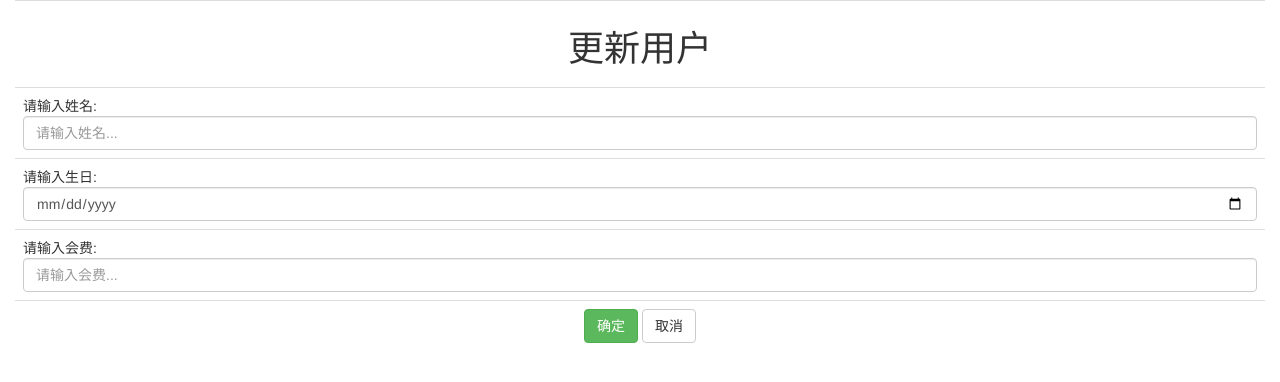
Repository: HelloChuang/HelloChuang-EclipseWorkSpace
Page: http://localhost/JustTest/user_update.jsp
These files come from the project's save history. The page is drawn as it stood at one moment and after the next save; the edit follows.
The browser window is 1280 px wide. The pictures show the whole page.
The page is served by Tomcat 9. Nobody is signed in. The application's start-up code is not run.

Above is the page before, as saved 2018-11-06 14:26:41.

After the next save:
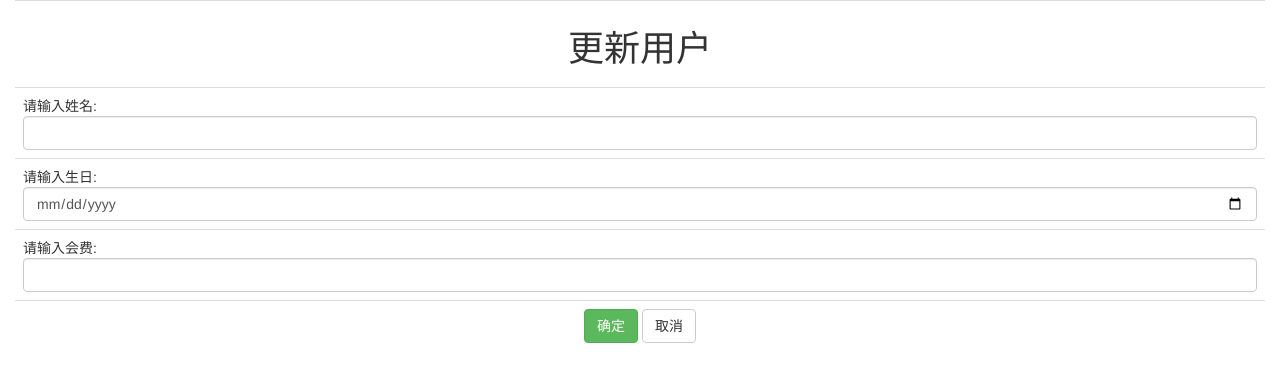
Saved 45 s later.
--- a/EclipseWorkSpace/JustTest/src/main/webapp/user_update.jsp
+++ b/EclipseWorkSpace/JustTest/src/main/webapp/user_update.jsp
@@ -13,16 +13,16 @@
 
 </head>
 <body>
-	<form action="userAdd" method="get" class="col-xs-12">
+	<form action="userUpdete" method="get" class="col-xs-12">
 	<input type="hidden" value="${user.uid}" name="uid"/>
 		<table class="table table-hover">
 		<tr align="center" ><td><h1>更新用户</h1></td></tr>
-				<tr class="sucess"><td>请输入姓名:<input class="form-control" value="${user.uname}"type="text" name="uname" required placeholder="请输入姓名..."/></td></tr>
+				<tr class="sucess"><td>请输入姓名:<input class="form-control" value="${user.uname}"type="text" name="uname" required /></td></tr>
 
 
 
-				<tr class="sucess"><td>请输入生日:<input class="form-control"type="date" name="udate" /></td></tr>
-				<tr class="sucess"><td>请输入会费:<input class="form-control"type="number" name="umoney" required placeholder="请输入会费..."/></td></tr>
+				<tr class="sucess"><td>请输入生日:<input class="form-control"type="date" value="${user.udate}"name="udate" /></td></tr>
+				<tr class="sucess"><td>请输入会费:<input class="form-control"type="number" value="${user.umoney}"name="umoney" required /></td></tr>
 
 
 
